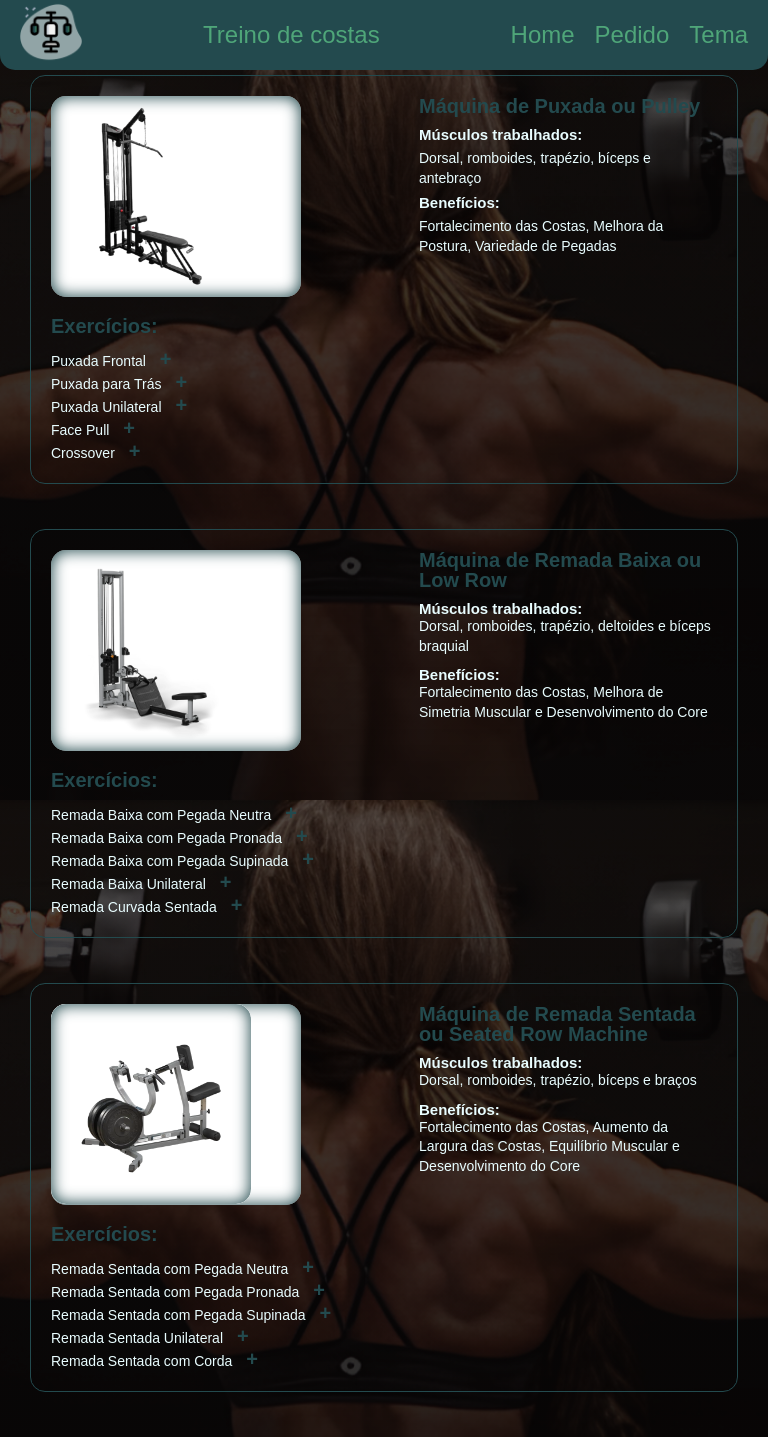
Repository: Marinalr-25/Projeto-Aparelhos-de-Academia
Page: costas.html
These files come from the project's save history. The page is drawn as it stood at one moment and after the next save; the edit follows.
The browser window is 768 px wide. The pictures show the whole page.
Backgrounds fixed to the window are drawn as part of the page.

Above is the page before, as saved 2025-01-07 13:47:50.
Console error: TypeError: Cannot read properties of null (reading 'addEventListener')

After the next save:
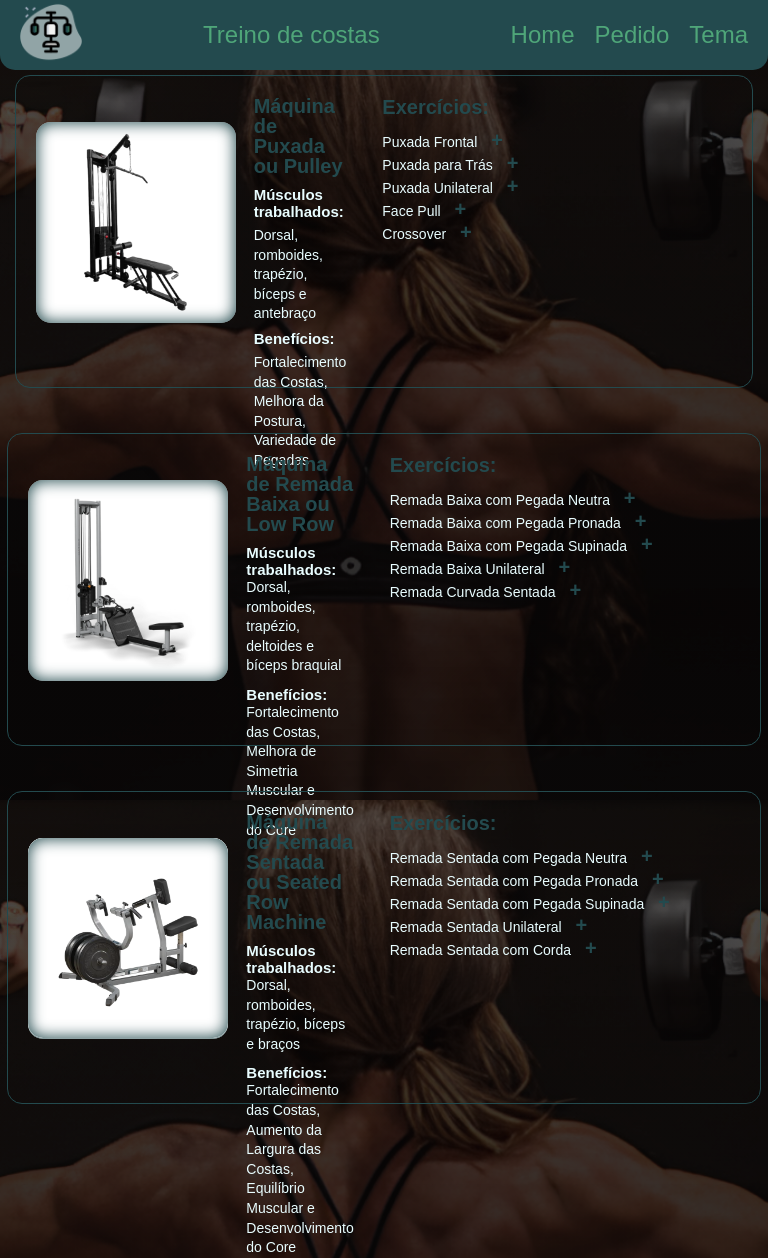
Saved 110 s later.
--- a/css/media-990.css
+++ b/css/media-990.css
@@ -45,6 +45,7 @@
         & .exercicios {
           max-width: 100%;
           gap: 1rem;
+          grid-column: 4;
 
           & .title {
             font-size: 2rem;
